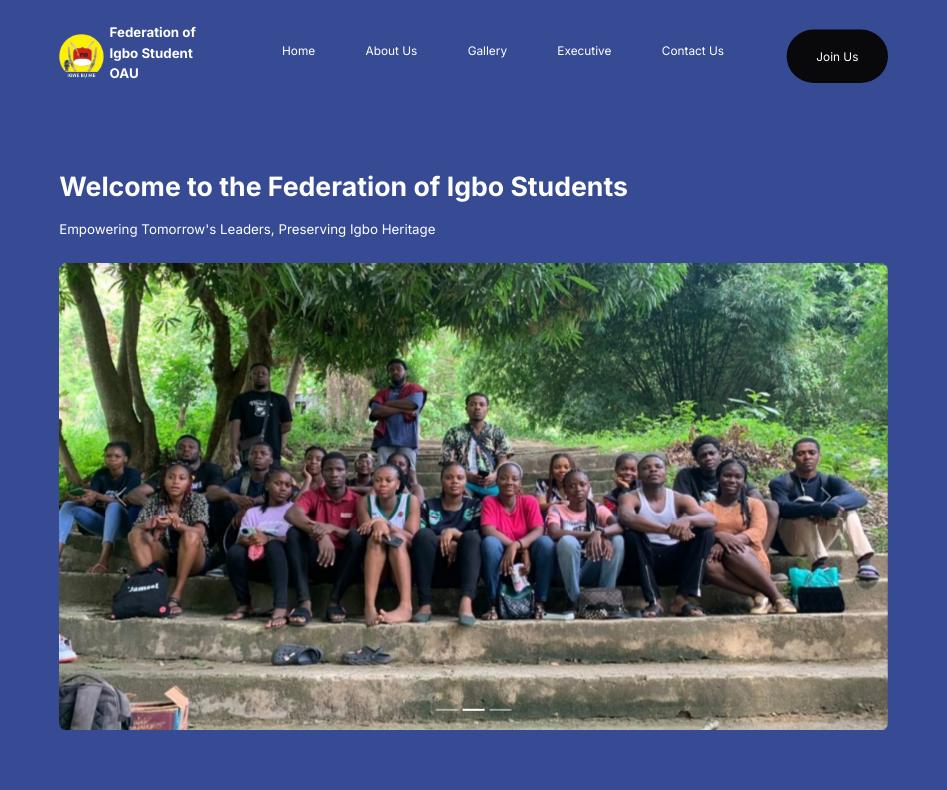
Repository: akinolapo/fis
Page: /
These files come from the project's save history. The page is drawn as it stood at one moment and after a run of saves; the edit follows.
The browser window is 1280 px wide. The pictures show the whole page, at 74% of full size.
The project was rebuilt for these pictures with package versions that can differ from the ones it lists, and the page was loaded fresh each time. The framework's server and built-in components were replaced by stand-ins that run in the browser. Also part of the build but not shown: next.config.mjs.

Above is the page before, as saved 2024-05-05 16:12:24.

After the next 2 saves:
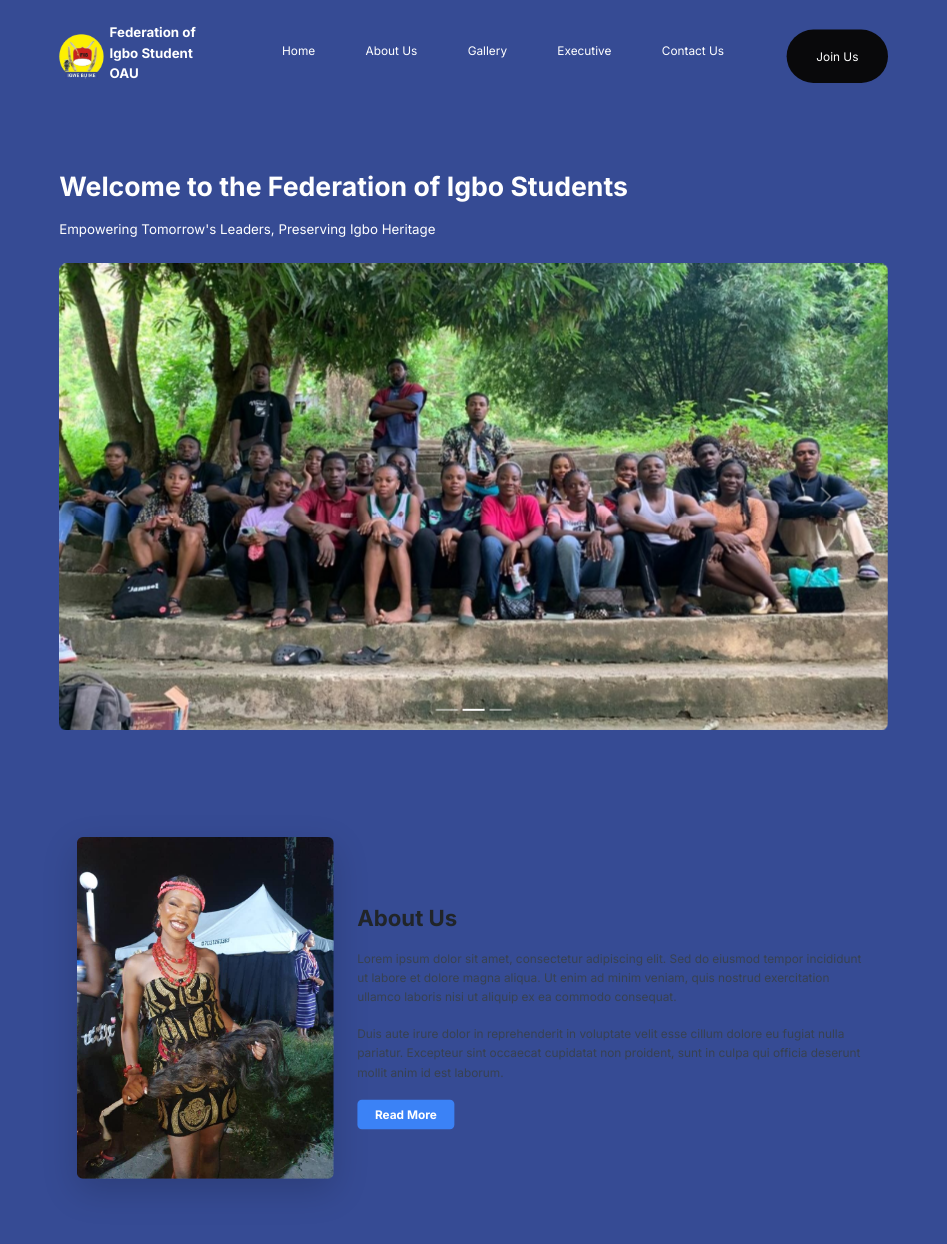
The 2 saves are shown as one change because 1 did not build or start.
The last was saved 23 s later.
--- a/app/page.tsx
+++ b/app/page.tsx
@@ -1,9 +1,11 @@
+import About from "./components/About/About";
 import Hero from "./components/Hero/Hero";
 
 export default function Home() {
   return (
     <main>
       <Hero/>
+      <About/>
     </main>
   );
 }
